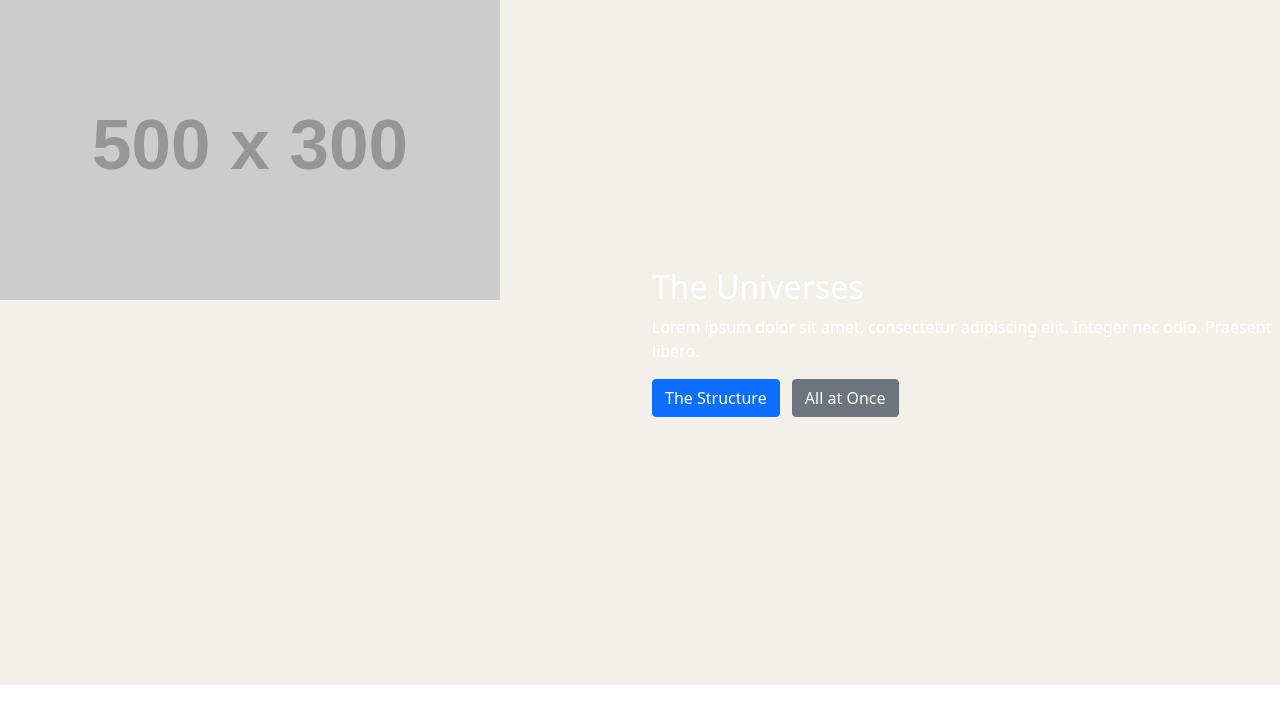
Repository: angelica-hom/msdv-thesis
Page: universes.html
The author's editor kept a record of every edit. The page is drawn from the files as they stood at one moment, then again after the next edit.
The browser window is 1280 px wide. The pictures show the whole page.

Above is the page before.

After the next edit:
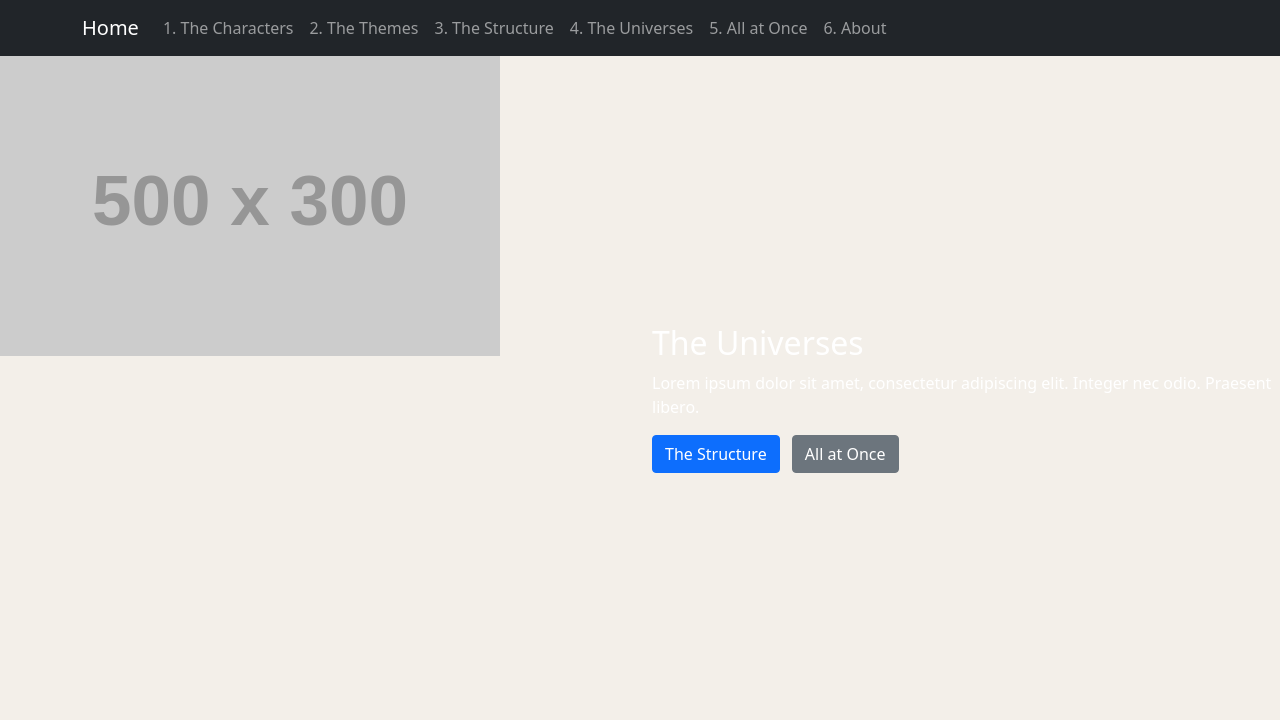
The edit:
--- a/universes.html
+++ b/universes.html
@@ -8,6 +8,37 @@
     <title>Responsive Webpage with Image and Text</title>
 </head>
 <body>
+    <nav class="navbar navbar-expand-lg navbar-dark bg-dark">
+        <div class="container">
+            <a class="navbar-brand" href="index.html">Home</a>
+            <button class="navbar-toggler" type="button" data-bs-toggle="collapse" data-bs-target="#navbarNav" aria-controls="navbarNav" aria-expanded="false" aria-label="Toggle navigation">
+                <span class="navbar-toggler-icon"></span>
+            </button>
+            <div class="collapse navbar-collapse" id="navbarNav">
+                <ul class="navbar-nav">
+                    <li class="nav-item">
+                        <a class="nav-link" href="characters.html">1. The Characters</a>
+                    </li>
+                    <li class="nav-item">
+                        <a class="nav-link" href="themes.html">2. The Themes</a>
+                    </li>
+                    <li class="nav-item">
+                        <a class="nav-link" href="structure.html">3. The Structure</a>
+                    </li>
+                    <li class="nav-item">
+                        <a class="nav-link" href="universes.html">4. The Universes</a>
+                    </li>
+                    <li class="nav-item">
+                        <a class="nav-link" href="once.html">5. All at Once</a>
+                    </li>
+                    <li class="nav-item">
+                        <a class="nav-link" href="about.html">6. About</a>
+                    </li>
+                </ul>
+            </div>
+        </div>
+    </nav>
+
     <div class="container-fluid">
         <div class="row">
             <div class="col-md-6 left-section">
